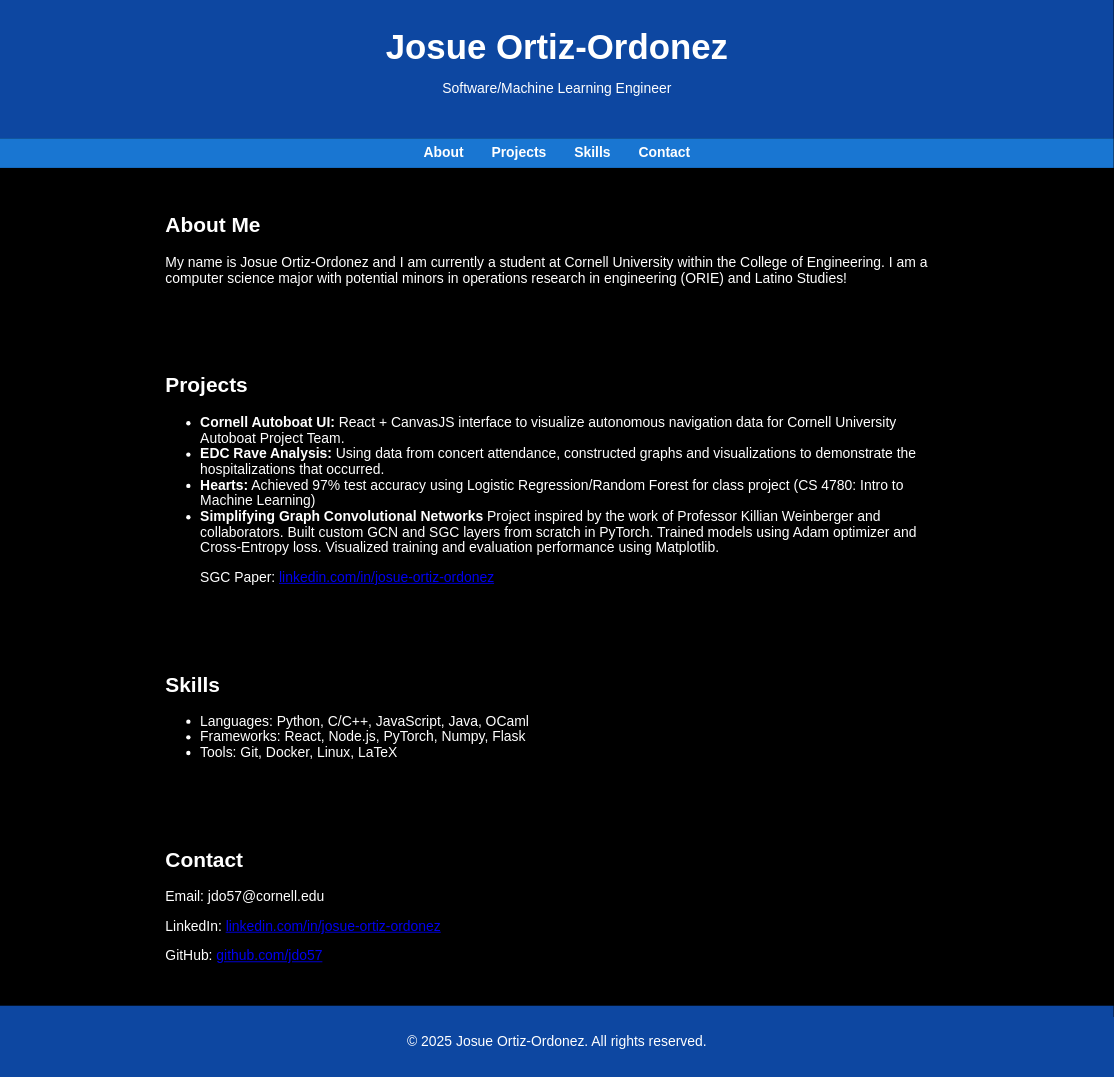
Repository: jdo57/Website
Page: index.html
These files come from the project's save history. The page is drawn as it stood at one moment and after a run of saves; the edit follows.
The browser window is 1280 px wide. The pictures show the whole page, at 87% of full size.

Above is the page before, as saved 2025-05-26 16:09:06.

After the next 2 saves:
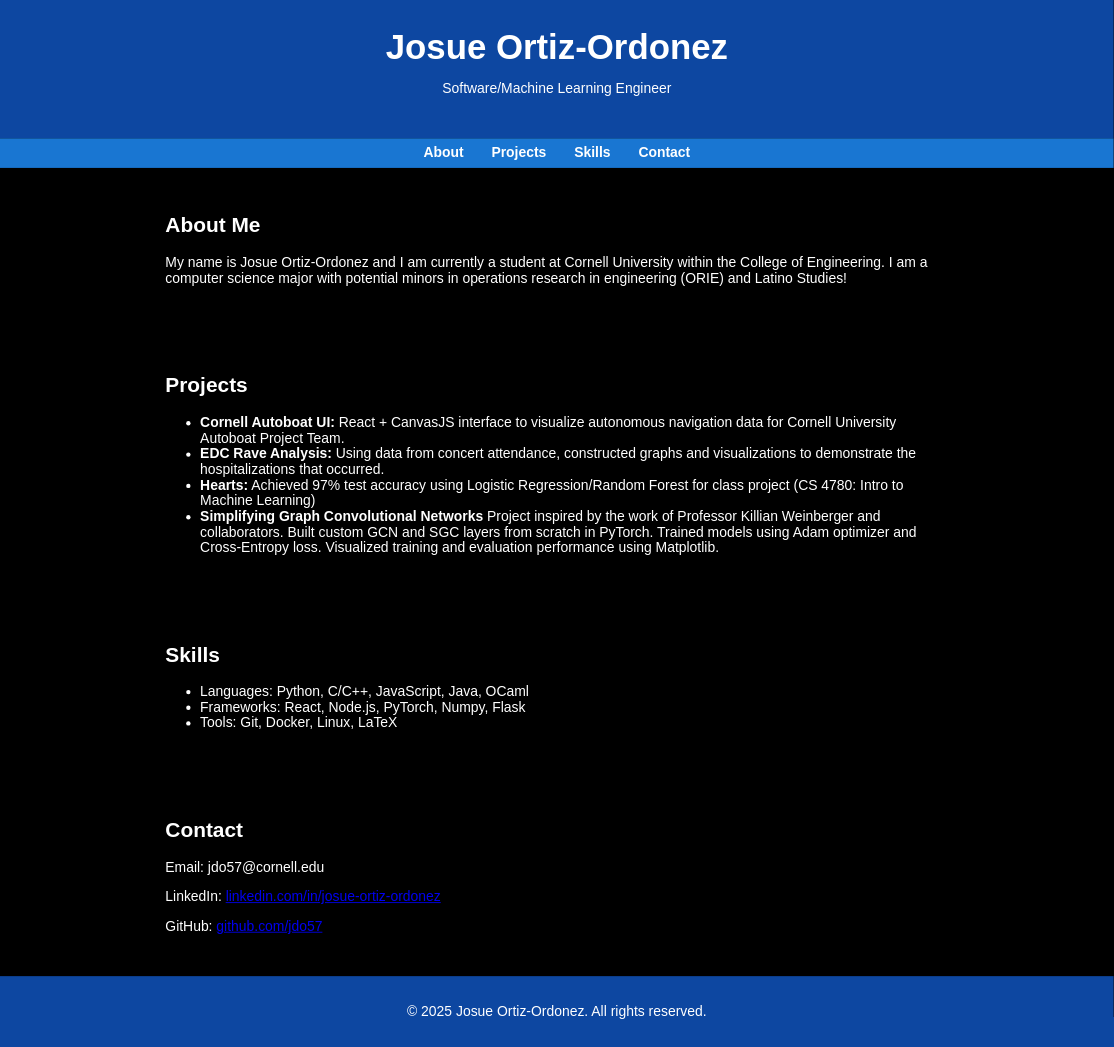
The 2 saves are shown as one change because they came seconds apart.
The last was saved 9 s later.
--- a/index.html
+++ b/index.html
@@ -97,7 +97,6 @@
         Project inspired by the work of Professor Killian Weinberger and collaborators.
         Built custom GCN and SGC layers from scratch in PyTorch. Trained models using Adam optimizer and Cross-Entropy loss.
         Visualized training and evaluation performance using Matplotlib.
-        <p>SGC Paper: <a href="https://www.linkedin.com/in/josue-ortiz-ordonez/" target="_blank">linkedin.com/in/josue-ortiz-ordonez</a></p></li>
 
     </ul>
   </section>

After the save that followed:
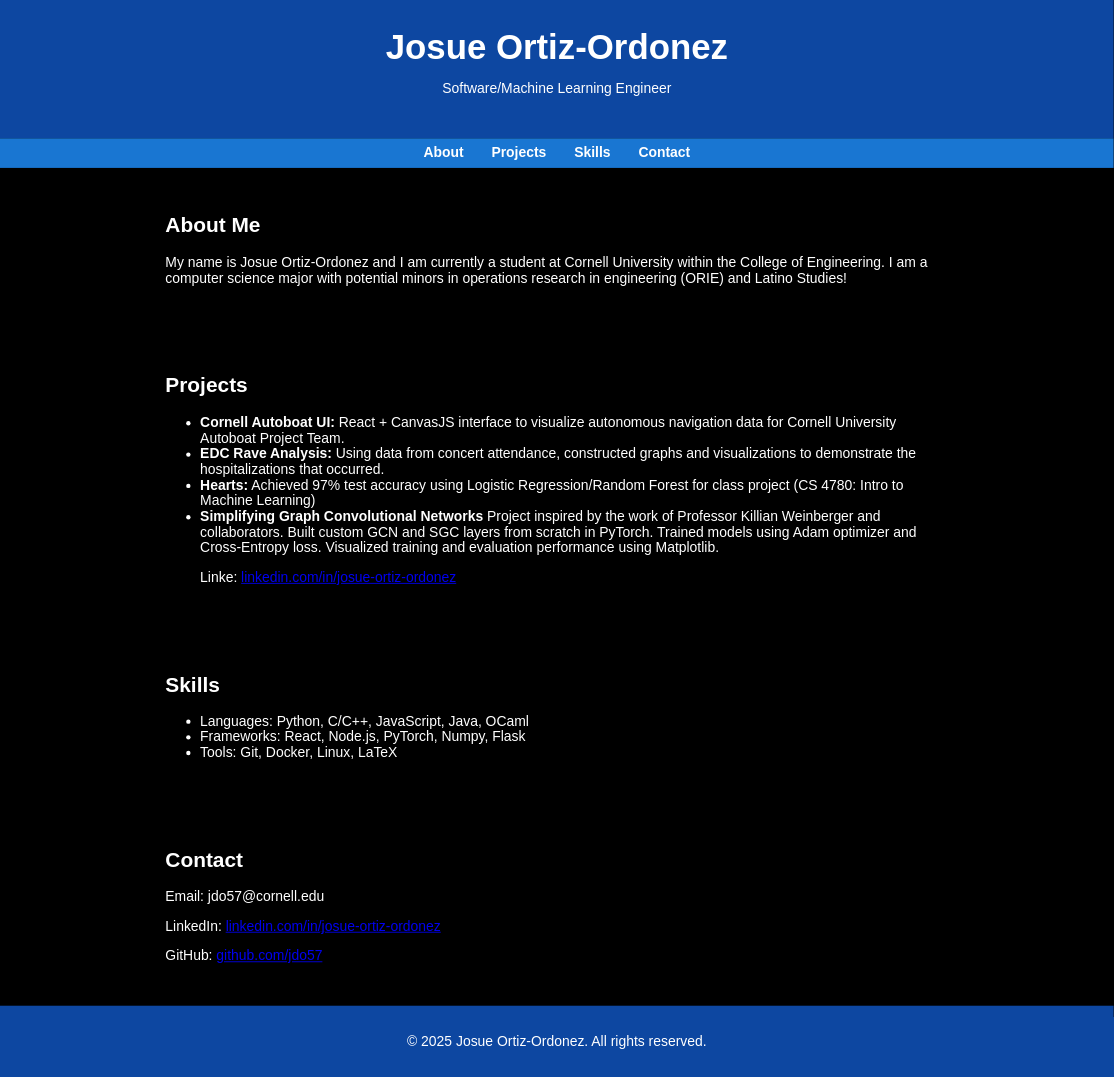
Saved 6 s later.
--- a/index.html
+++ b/index.html
@@ -97,6 +97,7 @@
         Project inspired by the work of Professor Killian Weinberger and collaborators.
         Built custom GCN and SGC layers from scratch in PyTorch. Trained models using Adam optimizer and Cross-Entropy loss.
         Visualized training and evaluation performance using Matplotlib.
+        <p>Linke: <a href="https://www.linkedin.com/in/josue-ortiz-ordonez/" target="_blank">linkedin.com/in/josue-ortiz-ordonez</a></p></li>
 
     </ul>
   </section>
